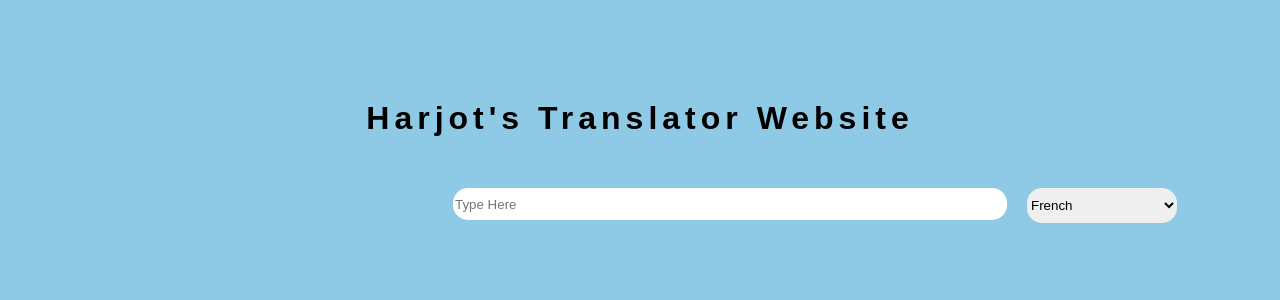
Repository: Harjot00/Pythonpractice
Page: Translator/homepage.html
These files come from the project's save history. The page is drawn as it stood at one moment and after the next save; the edit follows.
The browser window is 1280 px wide. The pictures show the whole page.
Some web fonts or font styles are not loaded; a fallback is used.

Above is the page before, as saved 2022-03-06 18:40:17.

### Translator/homepage.html
<!DOCTYPE html>
<html lang="en">
<head>
    <meta charset="UTF-8">
    <meta http-equiv="X-UA-Compatible" content="IE=edge">
    <meta name="viewport" content="width=device-width, initial-scale=1.0">
    <title>Harjot's Translator</title>
    <link rel="stylesheet" href="styles.css">
    <link href="http://fonts.cdnfonts.com/css/mrs-sheppards" rel="stylesheet">
    <link href='https://fonts.googleapis.com/css?family=Open Sans' rel='stylesheet'>

</head>
<body>
    <h1 style = "font-family: 'Mrs Sheppards', sans-serif;letter-spacing: 5px;">Harjot's Translator Website</h1>
    <div style = "display: flex; justify-content: center;">
        <input type="text" id="entry" placeholder="Type Here"></input>
        <form id="language">
            <select >
                <option value="volvo">French</option>
                <option value="saab">Italian</option>
                <option value="opel">German</option>
                <option value="audi">Chinese</option>
            </select>
        </form>

    </div>
</body>
</html>

### Translator/styles.css
body{
    background-color: #8ECAE6;
    font-family: open sans;
}
h1{
    margin-top: 100px;
    text-align: center;
}
#entry{
    width: 550px;
    height: 30px;
    margin: 30px 0px 0px 350px;
    border: none;
    border-radius:15px;

}
#language{

    margin: 30px 0px 0px 20px;
}
select{
    height: 35px;
    width: 150px;
    border: none;
    border-radius: 15px;
}

After the next save:
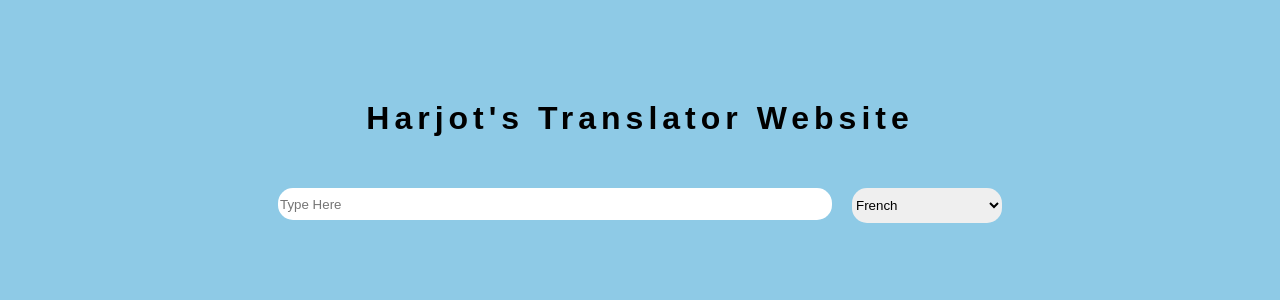
Saved 6 s later.
--- a/Translator/styles.css
+++ b/Translator/styles.css
@@ -9,7 +9,7 @@ h1{
 #entry{
     width: 550px;
     height: 30px;
-    margin: 30px 0px 0px 350px;
+    margin: 30px 0px 0px 0px;
     border: none;
     border-radius:15px;
 
